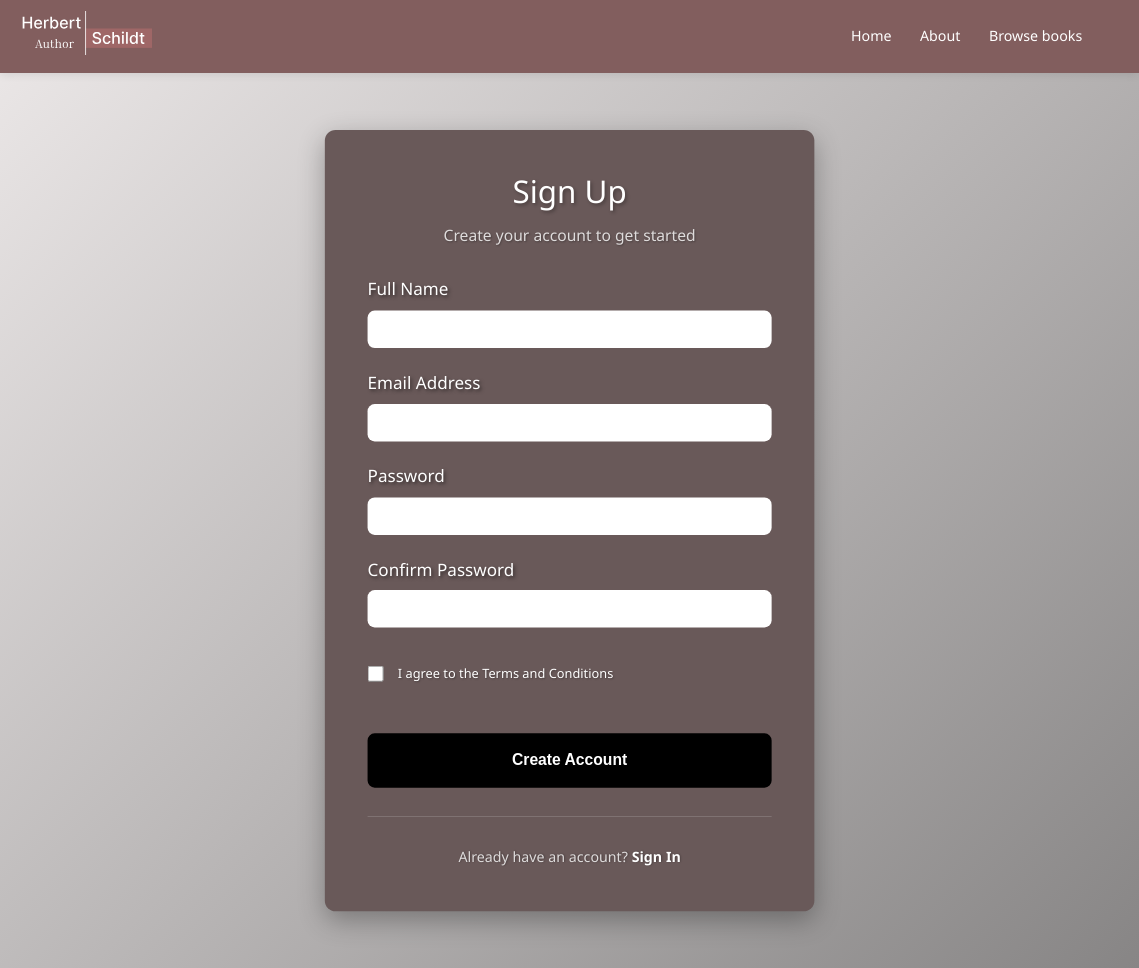
Repository: Darkrepo23/Author-Website-
Page: pages/signup.html
These files come from the project's save history. The page is drawn as it stood at one moment and after the next save; the edit follows.
The browser window is 1280 px wide. The pictures show the whole page, at 89% of full size.

Above is the page before, as saved 2025-09-23 10:27:29.
Console error: SyntaxError: Unexpected token ':'

### pages/signup.html
<!DOCTYPE html>
<html lang="en">

<head>
    <meta charset="UTF-8">
    <meta name="viewport" content="width=device-width, initial-scale=1.0">
    <title>Sign Up - Herbert Schildt</title>
    <link rel="stylesheet" href="../css/styles.css">
    <link rel="stylesheet" href="../css/login.css">
    <link href="https://cdnjs.cloudflare.com/ajax/libs/font-awesome/6.0.0/css/all.min.css" rel="stylesheet">
</head>

<body>
    <!-- Header -->
    <header class="header">
        <div class="header-left">
            <div class="logo">
                <img src="../img/logo-white.svg" alt="Herbert Schildt Logo" class="logo-image">
            </div>
        </div>
        <nav class="nav">
            <a href="../index.html" class="nav-link">Home</a>
            <a href="About/about.html" class="nav-link">About</a>
            <a href="../browse-book.html" class="nav-link">Browse books</a>
        </nav>
    </header>

    <!-- Main Content -->
    <main class="main-content">
        <div class="login-container">
            <div class="login-card">
                <h2 class="login-title">Sign Up</h2>
                <p class="login-subtitle">Create your account to get started</p>

                <form class="login-form" id="signupForm">
                    <div class="form-group">
                        <label for="fullName">Full Name</label>
                        <input type="text" id="fullName" name="fullName" required>
                    </div>

                    <div class="form-group">
                        <label for="email">Email Address</label>
                        <input type="email" id="email" name="email" required>
                    </div>

                    <div class="form-group">
                        <label for="password">Password</label>
                        <input type="password" id="password" name="password" required>
                    </div>

                    <div class="form-group">
                        <label for="confirmPassword">Confirm Password</label>
                        <input type="password" id="confirmPassword" name="confirmPassword" required>
                    </div>

                    <div class="form-options">
                        <label class="checkbox-label">
                            <input type="checkbox" id="agree" name="agree" required>
                            <span class="checkmark"></span>
                            I agree to the Terms and Conditions
                        </label>
                    </div>

                    <button type="submit" class="login-btn">Create Account</button>
                </form>

                <div class="signup-link">
                    <p>Already have an account? <a href="login.html">Sign In</a></p>
                </div>
            </div>
        </div>
    </main>

    <script src="../js/signup.js"></script>
    <script>
        // localStorage.removeItem('users')

    </script>
</body>

</html>

### css/styles.css
/* Reset and Base Styles */
* {
    margin: 0;
    padding: 0;
    box-sizing: border-box;
}

body {
    font-family: 'Segoe UI', Tahoma, Geneva, Verdana, sans-serif;
    line-height: 1.6;
    color: #333;
    background: linear-gradient(135deg, #EDE9E9, #878585);
}

/* Header Styles */
.header {
    background: #825E5E;
    color: white;
    padding: 1rem 2rem;
    display: flex;
    align-items: center;
    box-shadow: 0 2px 10px rgba(0,0,0,0.1);
}

.header-left .logo {
    display: flex;
    align-items: center;
    gap: 0.1rem;
    margin-left: -0.5rem;
    transform: translateY(-0.25rem);
}

.logo-image {
    height: 50px;
    width: auto;
    object-fit: contain;
}

.logo-left {
    display: flex;
    flex-direction: column;
    align-items: center;
}

.logo-left h1 {
    font-size: 1rem;
    font-weight: bold;
    margin: 0;
    transform: translateY(0.1rem);
}

.logo-left span {
    font-size: 0.6rem;
    opacity: 0.8;
    margin: 0;
    margin-left: 0;
    transform: translateY(0);
    text-align: center;
}

.logo-separator {
    font-size: 1.1rem;
    font-weight: 300;
    opacity: 0.7;
    margin: 0 0.1rem;
    transform: scaleY(2.5);
}

.logo-right h2 {
    font-size: 1rem;
    font-weight: bold;
    margin: 0;
    background: #B8860B;
    padding: 0.1rem 0.3rem;
    border-radius: 4px;
    transform: translateY(0.8rem);
}

.nav {
    display: flex;
    gap: 2rem;
    margin-left: auto;
    margin-right: 2rem;
}

.nav-link {
    color: white;
    text-decoration: none;
    font-weight: 500;
    transition: opacity 0.3s;
}

.nav-link:hover {
    opacity: 0.8;
}

.header-right {
    display: flex;
    align-items: center;
    gap: 2rem;
}

.cart-icon {
    position: relative;
    cursor: pointer;
    font-size: 1.5rem;
    transition: transform 0.3s;
}

.cart-icon:hover {
    transform: scale(1.1);
}

.cart-count {
    position: absolute;
    top: -8px;
    right: -8px;
    background: #dc3545;
    color: white;
    border-radius: 50%;
    width: 20px;
    height: 20px;
    display: flex;
    align-items: center;
    justify-content: center;
    font-size: 0.8rem;
    font-weight: bold;
}

.user-profile {
    display: flex;
    align-items: center;
    gap: 1rem;
}

.user-avatar {
    width: 40px;
    height: 40px;
    background: rgba(255,255,255,0.2);
    border-radius: 50%;
    display: flex;
    align-items: center;
    justify-content: center;
    font-size: 1.2rem;
}

.user-info {
    display: flex;
    flex-direction: column;
}

.user-name {
    font-weight: 600;
    font-size: 0.9rem;
}

.user-status {
    font-size: 0.8rem;
    opacity: 0.8;
}

/* Main Content Styles */
.main-content {
    max-width: 1200px;
    margin: 0 auto;
    padding: 2rem;
}

.section-title {
    font-size: 2.5rem;
    font-weight: bold;
    text-align: center;
    margin-bottom: 1rem;
    color: #2c3e50;
}

.section-description {
    text-align: center;
    font-size: 1.1rem;
    color: #666;
    margin-bottom: 2rem;
    max-width: 600px;
    margin-left: auto;
    margin-right: auto;
}

/* Browse Section */
.browse-section {
    text-align: center;
    margin-bottom: 4rem;
}

.search-container {
    display: flex;
    justify-content: center;
    gap: 0.5rem;
    max-width: 500px;
    margin: 0 auto;
}

.search-input {
    flex: 1;
    padding: 1rem;
    border: 2px solid #ddd;
    border-radius: 8px;
    font-size: 1rem;
    outline: none;
    transition: border-color 0.3s;
}

.search-input:focus {
    border-color: #8B4513;
}

.search-btn {
    background: #dc3545;
    color: white;
    border: none;
    padding: 1rem 1.5rem;
    border-radius: 8px;
    cursor: pointer;
    font-size: 1rem;
    transition: background-color 0.3s;
}

.search-btn:hover {
    background: #c82333;
}

/* Languages Section */
.languages-section {
    margin-bottom: 4rem;
}

.languages-section .section-title {
    font-size: 2rem;
    margin-bottom: 2rem;
}

.language-cards {
    display: flex;
    justify-content: center;
    gap: 2rem;
    max-width: 900px;
    margin: 0 auto;
    flex-wrap: wrap;
}

.language-card {
    background: #495057;
    color: white;
    padding: 2rem;
    border-radius: 12px;
    text-align: center;
    cursor: pointer;
    transition: transform 0.3s, box-shadow 0.3s;
}

.language-card:hover {
    transform: translateY(-5px);
    box-shadow: 0 10px 25px rgba(0,0,0,0.2);
}

.language-icon {
    font-size: 3rem;
    margin-bottom: 1rem;
    color: white;
    display: flex;
    align-items: center;
    justify-content: center;
}

.language-card h4 {
    font-size: 1.5rem;
    margin-bottom: 0.5rem;
}

.language-card p {
    opacity: 0.9;
    font-size: 1rem;
}

/* Featured Books Section */
.featured-section {
    margin-bottom: 4rem;
}

.featured-section .section-title {
    font-size: 2rem;
    margin-bottom: 2rem;
}

.books-grid {
    display: grid;
    grid-template-columns: repeat(auto-fit, minmax(350px, 1fr));
    gap: 2rem;
    margin-bottom: 2rem;
    justify-items: center;
    max-width: 1200px;
    margin-left: auto;
    margin-right: auto;
}

.book-card {
    background: white;
    border-radius: 12px;
    overflow: hidden;
    box-shadow: 0 5px 15px rgba(0,0,0,0.1);
    transition: transform 0.3s, box-shadow 0.3s;
    width: 100%;
    max-width: 350px;
    min-height: 500px;
    display: flex;
    flex-direction: column;
}

.book-card:hover {
    transform: translateY(-5px);
    box-shadow: 0 15px 30px rgba(0,0,0,0.15);
}

.book-cover {
    height: 200px;
    min-height: 200px;
    max-height: 200px;
    display: flex;
    align-items: center;
    justify-content: center;
    color: white;
    font-weight: bold;
    text-align: center;
    padding: 1rem;
    position: relative;
    flex-shrink: 0;
}

.book-cover.java {
    background: linear-gradient(135deg, #dc3545, #c82333);
}

.book-cover.c {
    background: linear-gradient(135deg, #fd7e14, #e55a00);
}

.book-cover.cpp {
    background: repeating-linear-gradient(
        45deg,
        #000,
        #000 10px,
        #fff 10px,
        #fff 20px
    );
    color: #000;
}

.book-cover.csharp {
    background: linear-gradient(135deg, #68217A, #512BD4);
}

.book-cover.python {
    background: linear-gradient(135deg, #3776AB, #FFD43B);
    color: #000;
}

.book-banner {
    position: absolute;
    top: 10px;
    right: 10px;
    background: #dc3545;
    color: white;
    padding: 0.25rem 0.5rem;
    border-radius: 4px;
    font-size: 0.8rem;
    font-weight: bold;
}

.book-info {
    padding: 1.5rem;
    flex: 1;
    display: flex;
    flex-direction: column;
    justify-content: space-between;
}

.book-title {
    font-size: 1.3rem;
    font-weight: bold;
    margin-bottom: 0.5rem;
    color: #2c3e50;
}

.book-description {
    color: #666;
    margin-bottom: 1rem;
    line-height: 1.5;
}

.book-rating {
    display: flex;
    align-items: center;
    gap: 0.5rem;
    margin-bottom: 1rem;
}

.stars {
    color: #ffc107;
}

.rating-score {
    font-weight: bold;
    color: #2c3e50;
}

.book-price {
    font-size: 1.5rem;
    font-weight: bold;
    color: #2c3e50;
    margin-bottom: 1rem;
}

.book-actions {
    display: flex;
    gap: 1rem;
    margin-top: auto;
}

.preview-btn {
    background: white;
    color: #2c3e50;
    border: 2px solid #ddd;
    padding: 0.75rem 1.5rem;
    border-radius: 8px;
    cursor: pointer;
    font-weight: 500;
    transition: all 0.3s;
    display: flex;
    align-items: center;
    gap: 0.5rem;
}

.preview-btn:hover {
    border-color: #8B4513;
    color: #8B4513;
}

.add-to-cart-btn {
    background: #dc3545;
    color: white;
    border: none;
    padding: 0.75rem 1.5rem;
    border-radius: 8px;
    cursor: pointer;
    font-weight: 500;
    transition: background-color 0.3s;
    display: flex;
    align-items: center;
    gap: 0.5rem;
    flex: 1;
}

.add-to-cart-btn:hover {
    background: #c82333;
}

.load-more-btn {
    background: #dc3545;
    color: white;
    border: none;
    padding: 1rem 2rem;
    border-radius: 8px;
    cursor: pointer;
    font-size: 1rem;
    font-weight: 500;
    transition: background-color 0.3s;
    display: block;
    margin: 0 auto;
}

.load-more-btn:hover {
    background: #c82333;
}

/* Footer Styles */
.footer {
    background: #495057;
    color: white;
    padding: 3rem 2rem 1rem;
}

.footer-content {
    max-width: 1200px;
    margin: 0 auto;
    display: grid;
    grid-template-columns: 1fr 1fr;
    gap: 3rem;
    margin-bottom: 2rem;
}

.footer-left h4,
.footer-right h4 {
    font-size: 1.5rem;
    margin-bottom: 1rem;
    color: #fff;
}

.footer-left p {
    margin-bottom: 1.5rem;
    line-height: 1.6;
    opacity: 0.9;
}

.social-icons {
    display: flex;
    gap: 1rem;
}

.social-icon {
    width: 40px;
    height: 40px;
    background: #000;
    border-radius: 50%;
    display: flex;
    align-items: center;
    justify-content: center;
    color: white;
    text-decoration: none;
    transition: background-color 0.3s;
}

.social-icon:hover {
    background: #dc3545;
}

.contact-info {
    display: flex;
    flex-direction: column;
    gap: 1rem;
}

.contact-item {
    display: flex;
    align-items: center;
    gap: 1rem;
}

.contact-item i {
    width: 20px;
    color: #dc3545;
}

.footer-bottom {
    text-align: center;
    padding-top: 2rem;
    border-top: 1px solid rgba(255,255,255,0.1);
    opacity: 0.8;
}

/* Modal Styles */
.cart-modal,
.preview-modal {
    display: none;
    position: fixed;
    top: 0;
    left: 0;
    width: 100%;
    height: 100%;
    background: rgba(0,0,0,0.5);
    z-index: 1000;
}

.cart-content,
.preview-content {
    position: absolute;
    top: 50%;
    left: 50%;
    transform: translate(-50%, -50%);
    background: white;
    padding: 2rem;
    border-radius: 12px;
    max-width: 500px;
    width: 90%;
    max-height: 80vh;
    overflow-y: auto;
}

.cart-header,
.preview-header {
    display: flex;
    justify-content: space-between;
    align-items: center;
    margin-bottom: 1.5rem;
    padding-bottom: 1rem;
    border-bottom: 1px solid #ddd;
}

.close-cart,
.close-preview {
    background: none;
    border: none;
    font-size: 1.5rem;
    cursor: pointer;
    color: #666;
}

.close-cart:hover,
.close-preview:hover {
    color: #dc3545;
}

.cart-items {
    margin-bottom: 1.5rem;
}

.cart-item {
    display: flex;
    justify-content: space-between;
    align-items: center;
    padding: 1rem 0;
    border-bottom: 1px solid #eee;
}

.cart-item-info h5 {
    margin-bottom: 0.25rem;
}

.cart-item-price {
    font-weight: bold;
    color: #dc3545;
}

.remove-item {
    background: #dc3545;
    color: white;
    border: none;
    padding: 0.5rem;
    border-radius: 4px;
    cursor: pointer;
    font-size: 0.8rem;
}

.cart-total {
    font-size: 1.2rem;
    font-weight: bold;
    text-align: right;
    margin-bottom: 1rem;
    padding-top: 1rem;
    border-top: 2px solid #ddd;
}

.checkout-btn {
    background: #28a745;
    color: white;
    border: none;
    padding: 1rem 2rem;
    border-radius: 8px;
    cursor: pointer;
    font-size: 1rem;
    font-weight: 500;
    width: 100%;
    transition: background-color 0.3s;
}

.checkout-btn:hover {
    background: #218838;
}

/* Responsive Design */
@media (max-width: 768px) {
    .header {
        flex-direction: column;
        gap: 1rem;
        padding: 1rem;
    }

    .header-right {
        gap: 1rem;
    }

    .main-content {
        padding: 1rem;
    }

    .section-title {
        font-size: 2rem;
    }

    .language-cards {
        flex-direction: column;
        align-items: center;
        gap: 1.5rem;
    }

    .books-grid {
        grid-template-columns: 1fr;
        justify-items: center;
    }

    .footer-content {
        grid-template-columns: 1fr;
        gap: 2rem;
    }

    .search-container {
        flex-direction: column;
    }

    .book-actions {
        flex-direction: column;
    }
}

@media (max-width: 480px) {
    .header {
        padding: 0.5rem;
    }

    .logo-left h1 {
        font-size: 1.2rem;
    }

    .logo-right h2 {
        font-size: 1.1rem;
    }

    .logo-separator {
        font-size: 1.5rem;
    }

    .main-content {
        padding: 0.5rem;
    }

    .section-title {
        font-size: 1.5rem;
    }

    .cart-content,
    .preview-content {
        width: 95%;
        padding: 1rem;
    }
}

### css/login.css
/* Login Page Styles */
.login-container {
    display: flex;
    justify-content: center;
    align-items: center;
    min-height: calc(100vh - 200px);
    padding: 2rem;
}

.login-card {
    background: #695959;
    color: white;
    padding: 2.5rem 3rem 3rem 3rem;
    border-radius: 12px;
    box-shadow: 0 10px 30px rgba(0, 0, 0, 0.3);
    width: 100%;
    max-width: 550px;
}

.login-title {
    font-size: 2.2rem;
    font-weight: 500;
    text-align: center;
    margin-bottom: 0.5rem;
    color: white;
    text-shadow: 2px 2px 4px rgba(0, 0, 0, 0.3);
}

.login-subtitle {
    text-align: center;
    color: rgba(255, 255, 255, 0.8);
    margin-bottom: 2rem;
    font-size: 1.1rem;
    text-shadow: 1px 1px 2px rgba(0, 0, 0, 0.3);
}

.login-form {
    display: flex;
    flex-direction: column;
    gap: 1.5rem;
}

.form-group {
    display: flex;
    flex-direction: column;
    gap: 0.5rem;
}

.form-group label {
    font-weight: 500;
    color: white;
    font-size: 1.2rem;
    text-shadow: 2px 2px 4px rgba(0, 0, 0, 0.5);
}

.form-group input {
    padding: 0.75rem;
    border: none;
    border-radius: 8px;
    font-size: 1rem;
    background: white;
    color: #333;
    transition: box-shadow 0.3s;
}

.form-group input:focus {
    outline: none;
    box-shadow: 0 0 0 3px rgba(139, 69, 19, 0.3);
}

.form-options {
    display: flex;
    justify-content: space-between;
    align-items: center;
    margin: 1rem 0;
}

.checkbox-label {
    display: flex;
    align-items: center;
    gap: 0.5rem;
    cursor: pointer;
    color: white;
    font-size: 0.9rem;
    text-shadow: 1px 1px 2px rgba(0, 0, 0, 0.3);
}

.checkbox-label input[type="checkbox"] {
    width: 18px;
    height: 18px;
    margin: 0;
}

.forgot-link {
    color: #B3B3E8;
    text-decoration: none;
    font-size: 0.9rem;
    transition: color 0.3s;
    text-shadow: 1px 1px 2px rgba(0, 0, 0, 0.3);
}

.forgot-link:hover {
    color: #B3B3E8;
    text-decoration: underline;
}

.login-btn {
    background: #000000;
    color: white;
    border: 4px solid #000000;
    padding: 1rem 2rem;
    border-radius: 8px;
    font-size: 1.1rem;
    font-weight: 900;
    cursor: pointer;
    transition: all 0.3s;
    margin-top: 1rem;
}

.login-btn:hover {
    background: #333333;
}

.signup-link {
    text-align: center;
    margin-top: 2rem;
    padding-top: 2rem;
    border-top: 1px solid rgba(255, 255, 255, 0.2);
}

.signup-link p {
    color: rgba(255, 255, 255, 0.8);
    margin: 0;
    text-shadow: 1px 1px 2px rgba(0, 0, 0, 0.3);
}

.signup-link a {
    color: white;
    text-decoration: none;
    font-weight: 600;
    transition: color 0.3s;
    text-shadow: 1px 1px 2px rgba(0, 0, 0, 0.3);
}

.signup-link a:hover {
    color: white;
    text-decoration: underline;
}





/* Responsive Design */
@media (max-width: 768px) {
    .login-container {
        padding: 1rem;
    }

    .login-card {
        padding: 2rem;
    }

    .login-title {
        font-size: 2rem;
    }

    .form-options {
        flex-direction: column;
        gap: 1rem;
        align-items: flex-start;
    }
}

@media (max-width: 480px) {
    .login-card {
        padding: 1.5rem;
    }

    .login-title {
        font-size: 1.8rem;
    }

    .login-subtitle {
        font-size: 1rem;
    }
}

Loaded but not shown: js/signup.js (147 lines, source omitted)

After the next save:
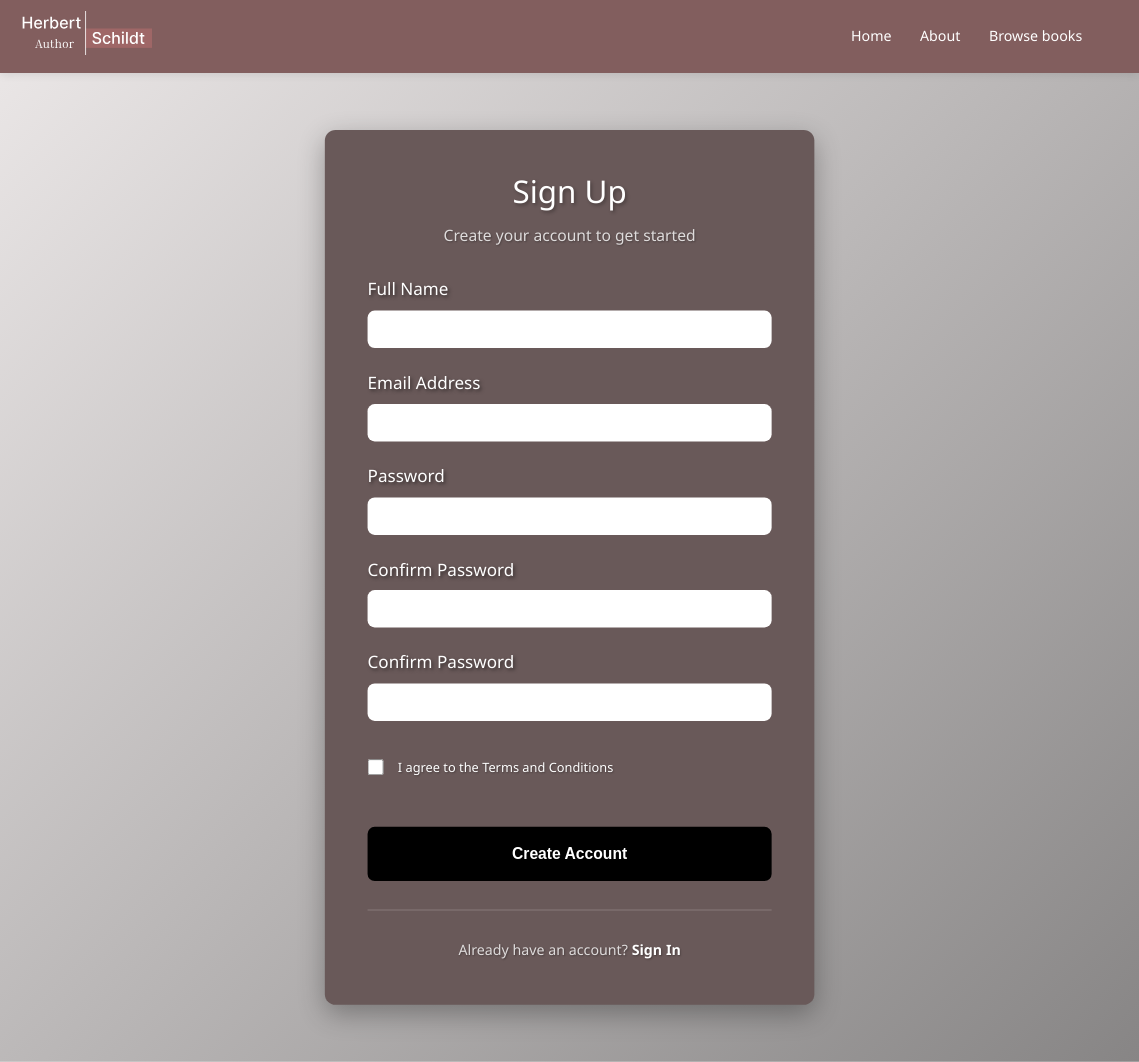
Saved 2 h 22 min later.
--- a/pages/signup.html
+++ b/pages/signup.html
@@ -53,6 +53,11 @@
                         <input type="password" id="confirmPassword" name="confirmPassword" required>
                     </div>
 
+                                        <div class="form-group">
+                        <label for="confirmPassword">Confirm Password</label>
+                        <input type="password" id="confirmPassword" name="confirmPassword" required>
+                    </div>
+
                     <div class="form-options">
                         <label class="checkbox-label">
                             <input type="checkbox" id="agree" name="agree" required>
